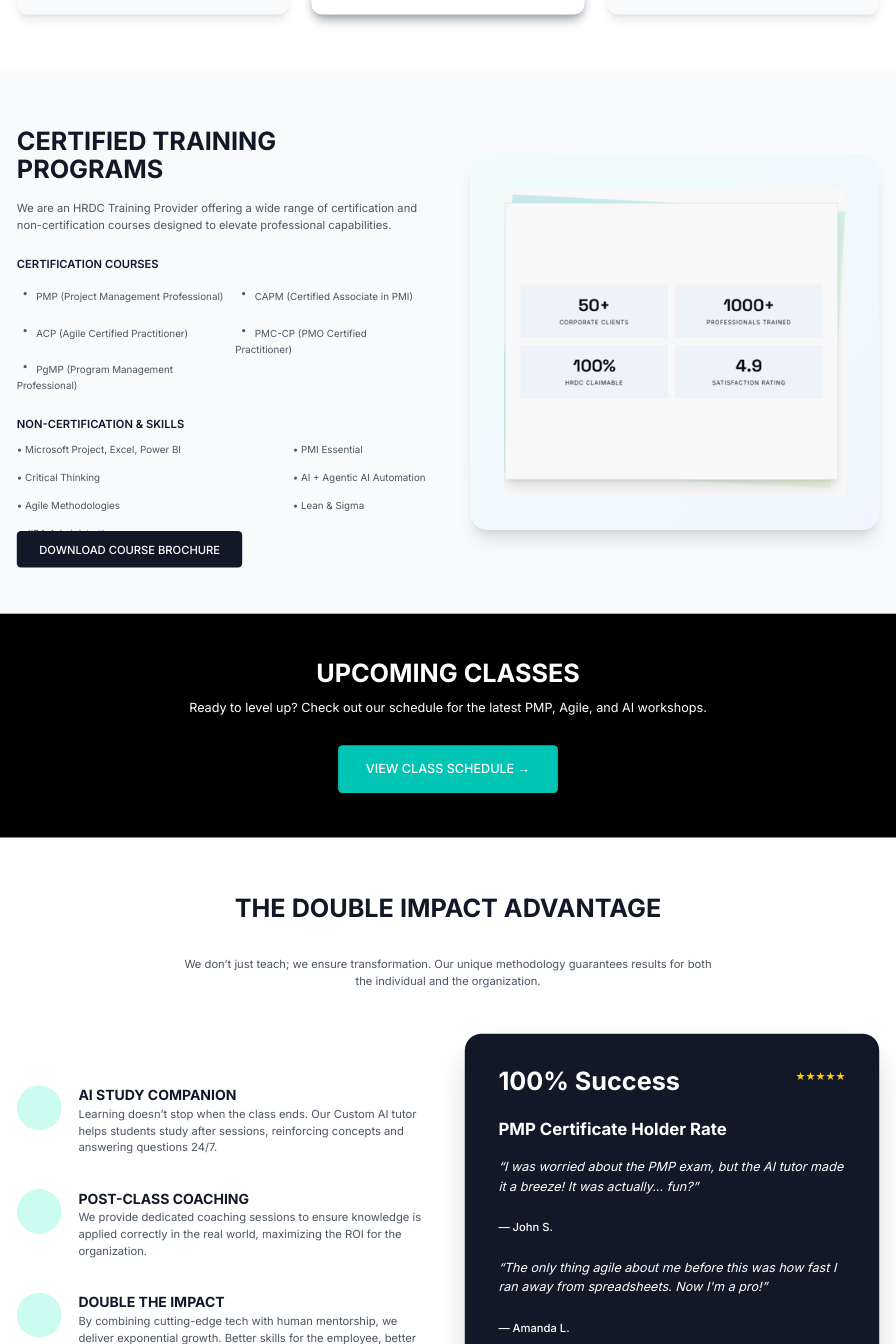
Repository: hsuntariq/web-pages
Page: impact/index.html
The author's editor kept a copy of each file at every save. The page is drawn from the files as they stood at one save, then again after the next save.
The browser window is 1280 px wide. The pictures show the part of the page from y = 1264 to 3184 px (the page is 3985 px tall before and 3929 px after), at 70% of full size.
Some web libraries are served in a nearby version.

Above is the page before, as saved 2025-12-28 20:35:46.

### impact/index.html
<!DOCTYPE html>
<html lang="en" class="scroll-smooth">
  <head>
    <meta charset="UTF-8" />
    <meta name="viewport" content="width=device-width, initial-scale=1.0" />
    <title>
      Impact Through Execution – HRDC Certified Training Provider Malaysia
    </title>
    <meta
      name="description"
      content="HRDC certified training provider offering PMP, CAPM, Agile, AI in PM, and digital transformation courses in Malaysia. Consultancy, corporate training, and execution solutions."
    />
    <link
      rel="stylesheet"
      href="https://cdn.jsdelivr.net/npm/bootstrap-icons@1.13.1/font/bootstrap-icons.min.css"
    />
    <script src="https://cdn.tailwindcss.com"></script>
    <script>
      tailwind.config = {
        theme: {
          extend: {
            colors: {
              primary: "#00C4B4", // teal for buttons
              accent: "#122F87", // dark blue for accents
            },
          },
        },
      };
    </script>
    <link
      href="https://fonts.googleapis.com/css2?family=Inter:wght@400;500;600;700;800&display=swap"
      rel="stylesheet"
    />
    <style>
      body {
        font-family: "Inter", sans-serif;
      }
    </style>
  </head>
  <body class="bg-white text-gray-900">
    <!-- Navigation -->
    <header class="fixed top-0 left-0 right-0 bg-white shadow-md z-50">
      <nav
        class="max-w-7xl mx-auto px-6 py-4 flex items-center justify-between"
      >
        <div class="text-2xl font-bold text-accent">IMPACT</div>
        <div class="hidden md:flex space-x-8 text-sm font-medium">
          <a href="#services" class="hover:text-primary transition">SERVICES</a>
          <a href="#training" class="hover:text-primary transition">TRAINING</a>
          <a href="#about" class="hover:text-primary transition">ABOUT</a>
          <a href="#contact" class="hover:text-primary transition">CONTACT</a>
        </div>
        <a
          href="#"
          class="bg-primary text-white px-6 py-3 rounded-md font-medium hover:bg-primary/90 transition"
          >GET STARTED</a
        >
      </nav>
    </header>

    <!-- Hero Section -->
    <section class="pt-24 pb-16 bg-gray-50">
      <div
        class="max-w-7xl mx-auto px-6 grid lg:grid-cols-2 gap-12 items-center"
      >
        <div>
          <img
            src="https://precisionwellness.my/wp-content/uploads/2025/06/HRDC_Claimable_Registered_Training_Provider_Logos-scaled.webp"
            alt="HRDC Certified Training Provider"
            class="h-12 mb-6"
          />
          <h1
            class="text-5xl md:text-6xl font-bold text-gray-900 leading-tight"
          >
            IMPACT<br />
            <span
              class="bg-gradient-to-r text-transparent from-teal-500 bg-clip-text to-green-400"
            >
              THROUGH
            </span>
            <br />EXECUTION
          </h1>
          <p
            class="text-lg text-gray-600 border border-l-3 border-teal-400 border-2 border-t-0 border-b-0 border-e-0 ps-5 mt-6 mb-8"
          >
            We bring value that has strong impact to the organization &
            individual through Consultancy, Training, and Digital Execution.
          </p>
          <div class="flex flex-col sm:flex-row gap-4">
            <a
              href="#"
              class="bg-primary text-white px-8 py-4 rounded-md font-medium hover:bg-primary/90 transition"
              >OUR SERVICES</a
            >
            <a
              href="#"
              class="border border-gray-900 text-gray-900 px-8 py-4 rounded-md font-medium hover:bg-gray-900 hover:text-white transition"
              >CONTACT US</a
            >
          </div>
        </div>
        <div class="relative">
          <img
            src="./hero.PNG"
            alt="Agentic AI transforming project management"
            class="rounded-2xl shadow-2xl w-full"
          />
          <!-- <div
            class="absolute top-4 right-4 bg-black text-white px-4 py-2 rounded-md text-sm font-medium"
          >
            AGENTIC AI
          </div> -->
          <!-- <div
            class="absolute bottom-4 left-4 bg-black text-white px-6 py-3 rounded-md font-medium"
          >
            PMO EXPERT<br />Delivering project delivery excellence
          </div> -->
        </div>
      </div>
    </section>

    <!-- Core Capabilities -->
    <section class="py-20 bg-white">
      <div class="max-w-7xl mx-auto px-6">
        <div
          class="grid grid-cols-1 md:grid-cols-2 justify-between items-center"
        >
          <h2 class="text-4xl font-bold text-left mb-12">CORE CAPABILITIES</h2>
          <p class="text-left text-gray-600 mb-16 w-full md:w-1/2 mx-auto">
            Comprehensive solutions designed to transform your business
            operations and empower your workforce.
          </p>
        </div>
        <div class="grid grid-cols-1 md:grid-cols-3 gap-8">
          <!-- Consultancy PM & AI -->
          <div class="bg-gray-50 rounded-2xl p-8 shadow-lg">
            <div
              class="bg-teal-100 w-16 flex justify-center items-center h-16 rounded-full mb-6"
            >
              <i class="bi bi-perplexity"></i>
            </div>
            <h3 class="text-2xl font-bold mb-4">CONSULTANCY PM & AI</h3>
            <ul class="space-y-3 text-gray-600">
              <li>• Agentic AI Implementation</li>
              <li>• PMO Setup & Optimization</li>
              <li>• Business Process Reengineering</li>
              <li>• Project Execution Strategy</li>
            </ul>
            <a
              href="#"
              class="mt-8 inline-block text-primary font-medium hover:underline"
              >LEARN MORE →</a
            >
          </div>
          <!-- Training -->
          <div
            class="bg-gradient-to-b from-teal-50 to-white rounded-2xl shadow-2xl shadow-gray-400 border-e-0 border-s-0 border-b-0 border-[5px] p-8 shadow-lg border border-green-400"
          >
            <div
              class="bg-green-200 w-16 flex justify-center items-center h-16 rounded-full mb-6"
            >
              <i class="bi bi-people"></i>
            </div>
            <h3 class="text-2xl font-bold mb-4">TRAINING</h3>
            <p class="text-gray-600 mb-6">
              Empower your team with industry-recognized certifications and
              practical skills.
            </p>
            <div class="flex flex-wrap gap-2 mb-6">
              <span class="bg-gray-200 px-3 py-1 rounded text-sm">PMP</span>
              <span class="bg-gray-200 px-3 py-1 rounded text-sm">CAPM</span>
              <span class="bg-gray-200 px-3 py-1 rounded text-sm">Agile</span>
              <span class="bg-gray-200 px-3 py-1 rounded text-sm">PMC-CP</span>
              <span class="bg-gray-200 px-3 py-1 rounded text-sm"
                >Lean & Sigma</span
              >
              <span class="bg-gray-200 px-3 py-1 rounded text-sm"
                >Power BI</span
              >
            </div>
            <a
              href="#"
              class="mt-8 inline-block text-green-400 font-medium hover:underline"
              >VIEW COURSE CATALOG →</a
            >
          </div>
          <!-- Digital Execution -->
          <div class="bg-gray-50 rounded-2xl p-8 shadow-lg">
            <div
              class="bg-blue-100 w-16 flex justify-center items-center h-16 rounded-full mb-6"
            >
              <i class="bi bi-cpu"></i>
            </div>
            <h3 class="text-2xl font-bold mb-4">DIGITAL EXECUTION</h3>
            <ul class="space-y-3 text-gray-600">
              <li>• Digital Transformation</li>
              <li>• Automation Workflows</li>
              <li>• Data Analytics Solutions</li>
            </ul>
            <a
              href="#"
              class="mt-8 inline-block text-primary font-medium hover:underline"
              >LEARN MORE →</a
            >
          </div>
        </div>
      </div>
    </section>

    <!-- Certified Training Programs -->
    <section class="py-20 bg-gray-50">
      <div
        class="max-w-7xl mx-auto px-6 grid lg:grid-cols-2 gap-16 items-center"
      >
        <div>
          <h2 class="text-4xl font-bold mb-6">CERTIFIED TRAINING PROGRAMS</h2>
          <p class="text-gray-600 mb-8">
            We are an HRDC Training Provider offering a wide range of
            certification and non-certification courses designed to elevate
            professional capabilities.
          </p>
          <div class="space-y-8">
            <div>
              <h4 class="font-semibold mb-4">CERTIFICATION COURSES</h4>
              <ul class="space-y-3 text-gray-600">
                <div class="flex justify-between text-sm">
                  <div class="flex flex-col gap-5">
                    <li>
                      <i class="bi bi-dot text-2xl"></i> PMP (Project Management
                      Professional)
                    </li>
                    <li>
                      <i class="bi bi-dot text-2xl"></i> ACP (Agile Certified
                      Practitioner)
                    </li>
                    <li>
                      <i class="bi bi-dot text-2xl"></i> PgMP (Program
                      Management Professional)
                    </li>
                  </div>
                  <div class="flex flex-col gap-5">
                    <li>
                      <i class="bi bi-dot text-2xl"></i> CAPM (Certified
                      Associate in PMI)
                    </li>
                    <li>
                      <i class="bi bi-dot text-2xl"></i> PMC-CP (PMO Certified
                      Practitioner)
                    </li>
                  </div>
                </div>
              </ul>
            </div>
            <div>
              <h4 class="font-semibold mb-4">NON-CERTIFICATION & SKILLS</h4>
              <ul class="space-y-3 text-gray-600">
                <div class="flex justify-between text-sm">
                  <div class="flex flex-col gap-5">
                    <li>• Microsoft Project, Excel, Power BI</li>
                    <li>• Critical Thinking</li>
                    <li>• Agile Methodologies</li>
                    <li>• JIRA Administration</li>
                  </div>
                  <div class="flex flex-col gap-5">
                    <li>• PMI Essential</li>
                    <li>• AI + Agentic AI Automation</li>
                    <li>• Lean & Sigma</li>
                  </div>
                </div>
              </ul>
            </div>
            <a
              href="#"
              class="bg-gray-900 text-white px-8 py-4 rounded-md font-medium hover:bg-gray-800 transition"
              >DOWNLOAD COURSE BROCHURE</a
            >
          </div>
        </div>
        <div
          class="bg-gradient-to-br from-teal-50 to-blue-50 rounded-3xl p-12 shadow-xl"
        >
          <img src="./programs.PNG" class="w-full" alt="" />
        </div>
      </div>
    </section>

    <!-- Upcoming Classes -->
    <section class="py-16 bg-black text-white text-center">
      <div class="max-w-7xl mx-auto px-6">
        <h2 class="text-4xl font-bold mb-4">UPCOMING CLASSES</h2>
        <p class="text-lg mb-10">
          Ready to level up? Check out our schedule for the latest PMP, Agile,
          and AI workshops.
        </p>
        <a
          href="#"
          class="bg-primary text-white px-10 py-5 rounded-md text-lg font-medium hover:bg-primary/90 transition inline-block"
          >VIEW CLASS SCHEDULE →</a
        >
      </div>
    </section>

    <!-- Double Impact Advantage -->
    <section class="py-20 bg-white">
      <div class="max-w-7xl mx-auto px-6">
        <h2 class="text-4xl font-bold text-center mb-12">
          THE DOUBLE IMPACT ADVANTAGE
        </h2>
        <p class="text-center text-gray-600 mb-16 max-w-3xl mx-auto">
          We don’t just teach; we ensure transformation. Our unique methodology
          guarantees results for both the individual and the organization.
        </p>
        <div class="grid lg:grid-cols-2 gap-12 items-center">
          <div class="space-y-12">
            <div class="flex gap-6">
              <div
                class="bg-teal-100 w-16 h-16 rounded-full flex-shrink-0"
              ></div>
              <div>
                <h4 class="font-bold text-xl">AI STUDY COMPANION</h4>
                <p class="text-gray-600">
                  Learning doesn’t stop when the class ends. Our Custom AI tutor
                  helps students study after sessions, reinforcing concepts and
                  answering questions 24/7.
                </p>
              </div>
            </div>
            <div class="flex gap-6">
              <div
                class="bg-teal-100 w-16 h-16 rounded-full flex-shrink-0"
              ></div>
              <div>
                <h4 class="font-bold text-xl">POST-CLASS COACHING</h4>
                <p class="text-gray-600">
                  We provide dedicated coaching sessions to ensure knowledge is
                  applied correctly in the real world, maximizing the ROI for
                  the organization.
                </p>
              </div>
            </div>
            <div class="flex gap-6">
              <div
                class="bg-teal-100 w-16 h-16 rounded-full flex-shrink-0"
              ></div>
              <div>
                <h4 class="font-bold text-xl">DOUBLE THE IMPACT</h4>
                <p class="text-gray-600">
                  By combining cutting-edge tech with human mentorship, we
                  deliver exponential growth. Better skills for the employee,
                  better results for the company.
                </p>
              </div>
            </div>
          </div>
          <div class="relative">
            <div class="bg-gray-900 rounded-3xl p-12 shadow-2xl text-white">
              <div class="flex justify-between items-start mb-8">
                <div class="text-4xl font-bold">100% Success</div>
                <div class="text-yellow-400">★★★★★</div>
              </div>
              <p class="text-2xl font-bold mb-6">PMP Certificate Holder Rate</p>
              <blockquote class="text-lg italic mb-8">
                “I was worried about the PMP exam, but the AI tutor made it a
                breeze! It was actually... fun?”
              </blockquote>
              <p class="font-medium">— John S.</p>
              <blockquote class="text-lg italic mt-8 mb-8">
                “The only thing agile about me before this was how fast I ran
                away from spreadsheets. Now I'm a pro!”
              </blockquote>
              <p class="font-medium">— Amanda L.</p>
              <a
                href="#"
                class="mt-10 inline-block text-primary font-medium hover:underline"
                >SEE MORE SUCCESS STORIES →</a
              >
            </div>
          </div>
        </div>
      </div>
    </section>

    <!-- CTA -->
    <section
      class="py-20"
      style="
        background-image: url('https://thumbs.dreamstime.com/b/creative-glowing-blue-forex-chart-wallpaper-grid-invest-finance-concept-stock-market-chart-business-graph-background-159151545.jpg');
        background-size: cover;
        background-position: center;
      "
    >
      <div class="max-w-7xl mx-auto px-6 text-center text-white">
        <h2 class="text-5xl font-bold mb-6">READY TO MAKE AN IMPACT?</h2>
        <p class="text-xl mb-12">
          Let’s discuss how our consultancy and training solutions can drive
          your organization forward.
        </p>
        <div class="flex flex-col sm:flex-row gap-6 justify-center">
          <a
            href="#"
            class="bg-primary text-white px-10 py-5 rounded-md text-lg font-medium hover:bg-primary/90 transition"
            >GET IN TOUCH</a
          >
          <a
            href="#"
            class="border-2 border-white text-white px-10 py-5 rounded-md text-lg font-medium hover:bg-white hover:text-black transition"
            >VIEW CASE STUDIES</a
          >
        </div>
      </div>
    </section>

    <!-- Footer -->
    <footer class="bg-black text-white py-12">
      <div class="max-w-7xl mx-auto px-6 grid md:grid-cols-4 gap-8">
        <div>
          <div class="text-3xl font-bold mb-4">IMPACT</div>
          <p class="text-sm text-gray-400">
            We bring value that has strong impact to the organization &
            individual through Consultancy, Training, and Digital Execution.
          </p>
        </div>
        <div>
          <h4 class="font-bold mb-4">SERVICES</h4>
          <ul class="space-y-2 text-sm text-gray-400">
            <li>Consultancy PM & AI</li>
            <li>Corporate Training</li>
            <li>Digital Execution</li>
            <li>Business Process Reengineering</li>
          </ul>
        </div>
        <div>
          <h4 class="font-bold mb-4">COMPANY</h4>
          <ul class="space-y-2 text-sm text-gray-400">
            <li>About Us</li>
            <li>Contact</li>
            <li>Careers</li>
            <li>Privacy Policy</li>
          </ul>
        </div>
        <div class="text-right">
          <p class="text-sm text-gray-400">
            © 2025 Impact. All rights reserved.
          </p>
          <p class="text-xs text-gray-500 mt-4">
            HRDC Training Provider Certified
          </p>
        </div>
      </div>
    </footer>
  </body>
</html>

After the next save:
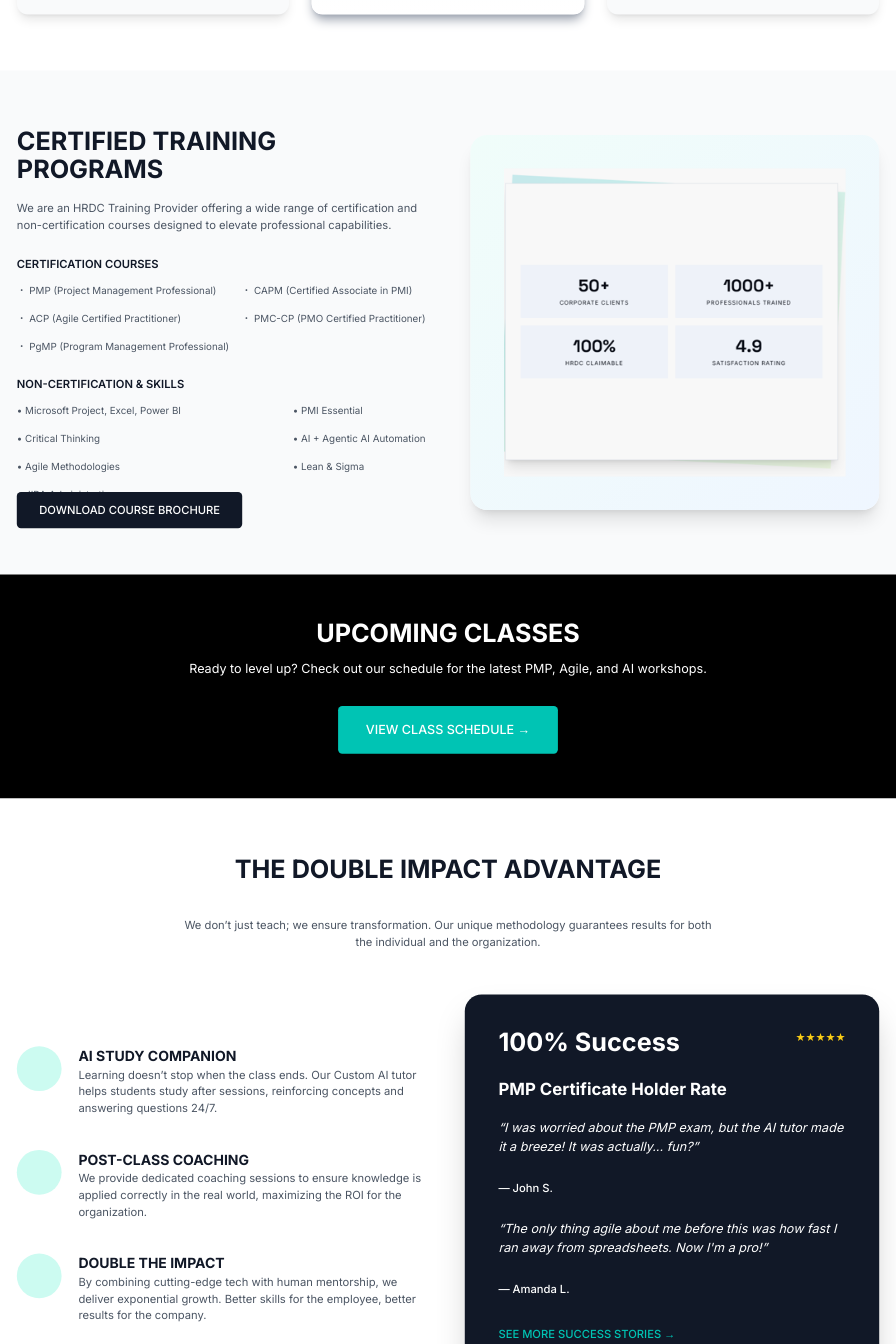
Saved 4 s later.
--- a/impact/index.html
+++ b/impact/index.html
@@ -226,25 +226,25 @@
                 <div class="flex justify-between text-sm">
                   <div class="flex flex-col gap-5">
                     <li>
-                      <i class="bi bi-dot text-2xl"></i> PMP (Project Management
+                      <i class="bi bi-dot"></i> PMP (Project Management
                       Professional)
                     </li>
                     <li>
-                      <i class="bi bi-dot text-2xl"></i> ACP (Agile Certified
+                      <i class="bi bi-dot"></i> ACP (Agile Certified
                       Practitioner)
                     </li>
                     <li>
-                      <i class="bi bi-dot text-2xl"></i> PgMP (Program
-                      Management Professional)
+                      <i class="bi bi-dot"></i> PgMP (Program Management
+                      Professional)
                     </li>
                   </div>
                   <div class="flex flex-col gap-5">
                     <li>
-                      <i class="bi bi-dot text-2xl"></i> CAPM (Certified
-                      Associate in PMI)
+                      <i class="bi bi-dot"></i> CAPM (Certified Associate in
+                      PMI)
                     </li>
                     <li>
-                      <i class="bi bi-dot text-2xl"></i> PMC-CP (PMO Certified
+                      <i class="bi bi-dot"></i> PMC-CP (PMO Certified
                       Practitioner)
                     </li>
                   </div>
